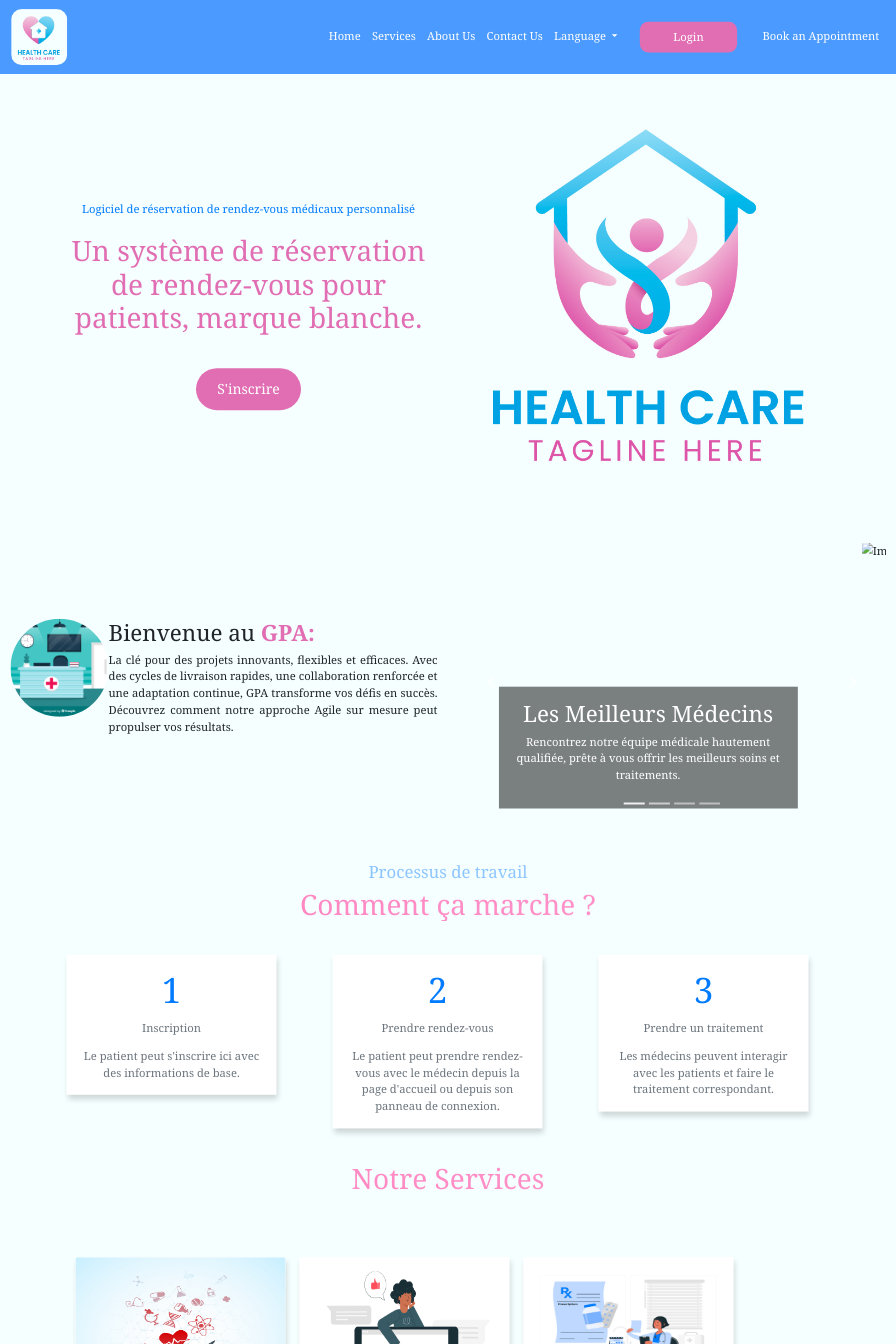
Repository: SalmaElhaou/Scrum-Project
Page: http://localhost/
An editor plug-in stored every save of this project. The page is shown before and after the next save, followed by the edit.
The browser window is 1280 px wide. The pictures show the part of the page from y = 0 to 1920 px (the page is 3188 px tall), at 70% of full size.
Some web libraries are served in a nearby version. The page is served by the project's Laravel application, run on PHP 8.4 with Laravel 10.

Above is the page before, as saved 2025-02-01 21:44:50.

After the next save:
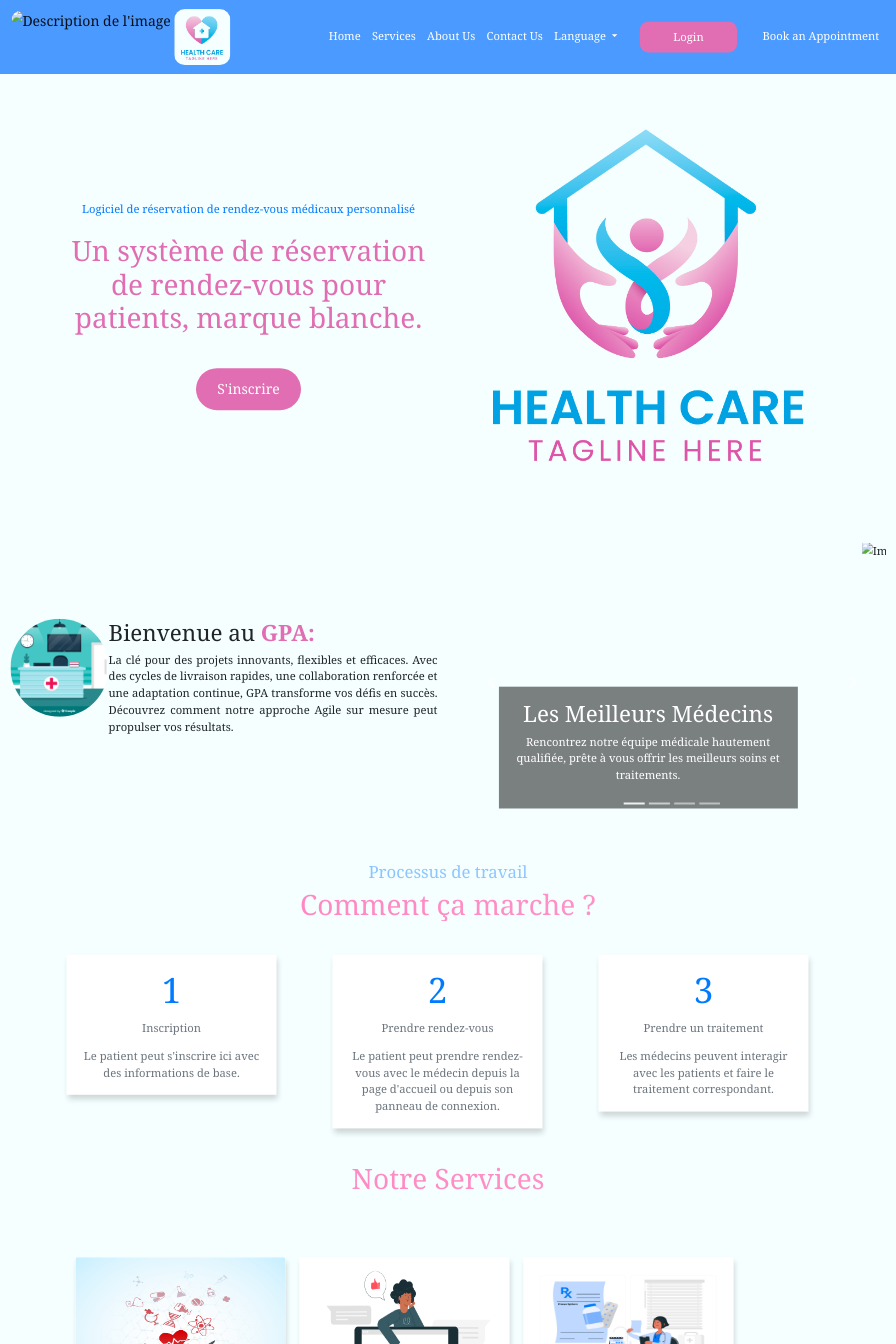
Saved 6 min 21 s later.
--- a/resources/views/welcome.blade.php
+++ b/resources/views/welcome.blade.php
@@ -290,6 +290,7 @@
   <!-- Navbar -->
   <nav class="navbar navbar-expand-lg navbar-light sticky-top " style="background-color: rgba(56, 143, 255, 0.9);">
     <a class="navbar-brand" href="#">
+      <img src="{{ asset('images/image1.jpg') }}" alt="Description de l'image" class="img-fluid">
       <img src="img/healthcare.jpg" width="80" height="80" class="d-inline-block align-top" alt="Votre Logo">
     </a>
     <button class="navbar-toggler" type="button" data-toggle="collapse" data-target="#navbarNav" aria-controls="navbarNav" aria-expanded="false" aria-label="Toggle navigation">
